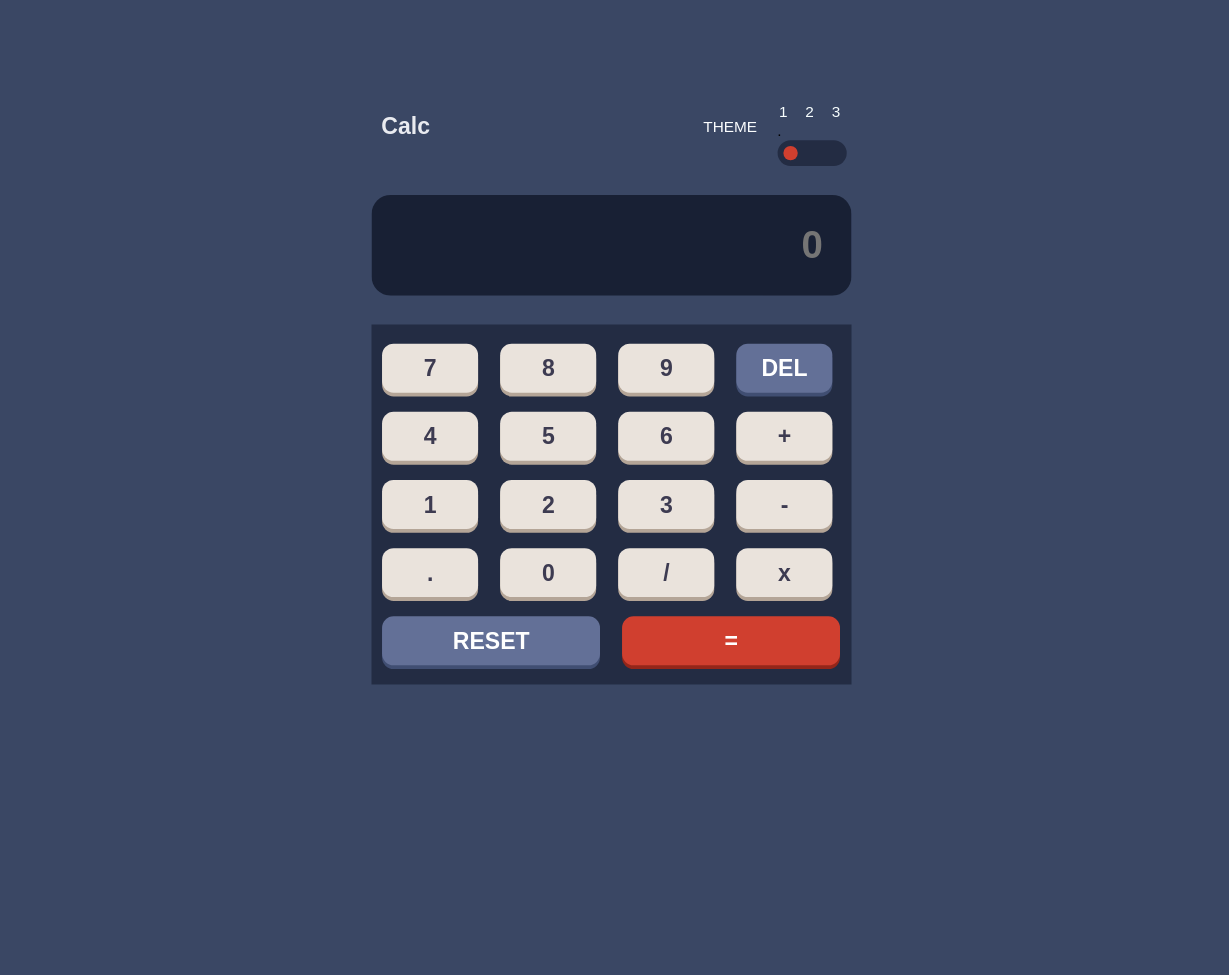
Repository: Bakyproit/Calcutor
Page: index.html
The author's editor kept a copy of each file at every save. The page is drawn from the files as they stood at one save, then again after a run of saves.
The browser window is 1280 px wide. The pictures show the whole page, at 96% of full size.

Above is the page before, as saved 2022-02-11 17:35:13.

After the next 2 saves:
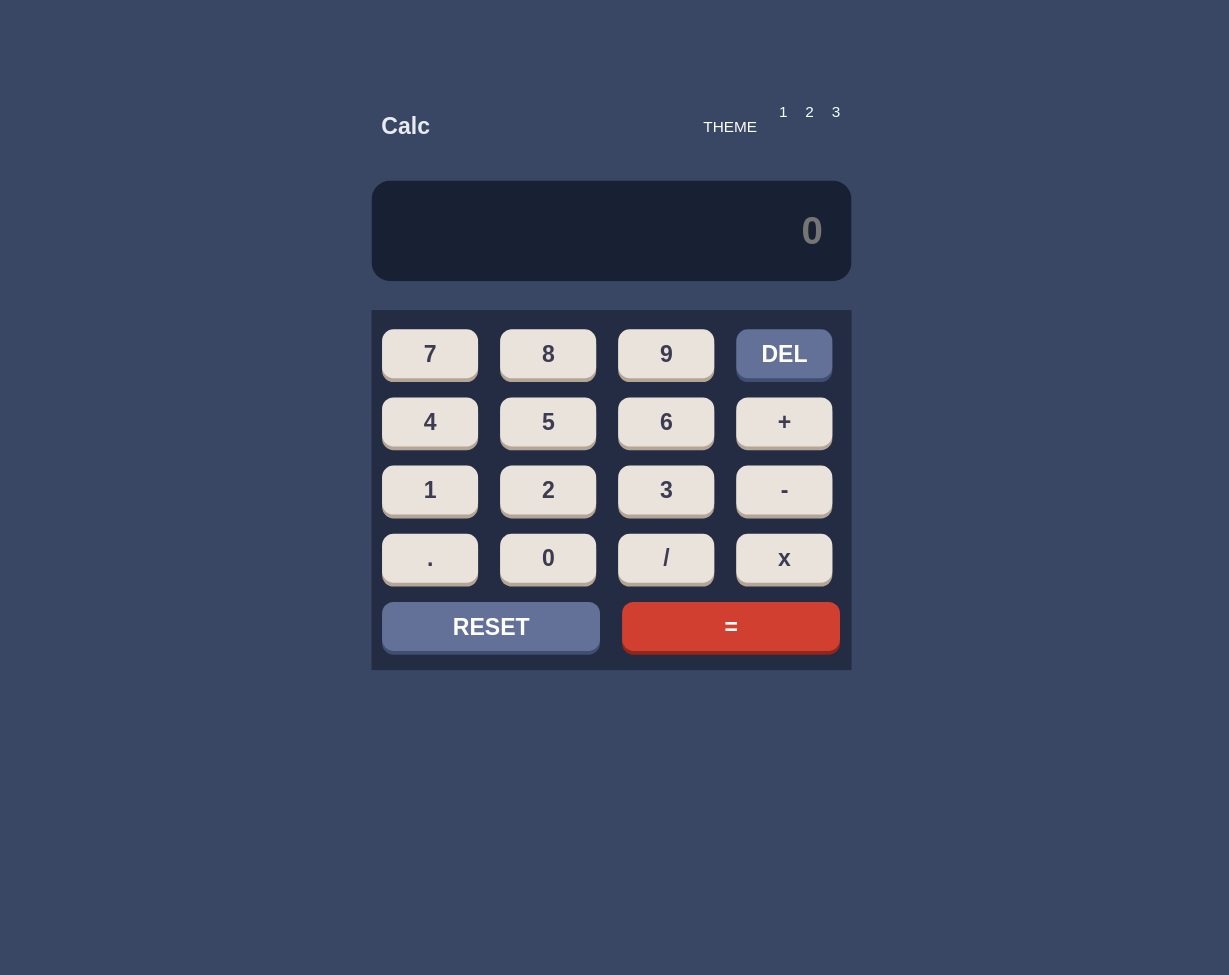
The 2 saves are shown as one change because they came seconds apart.
The last was saved 14 s later.
--- a/index.html
+++ b/index.html
@@ -22,13 +22,13 @@
                             <span class="app__title-theme-box-number-3" id="three">3</span>
                         </div>
                         <div class="app__title-theme-box-toggle" >
-                            .
-                            <label for="toggle-input" class="toggle">
+
+                            <!-- <label for="toggle-input" class="toggle">
                                 <input type="checkbox" id="toggle-input" class="toggle__checkbox">
                                 <div class="toggle__bar" id="bgBar">
                                     <div class="toggle__spin"></div>
                                 </div>
-                            </label>
+                            </label> -->
                         </div>
                     </div>
                 </div>
